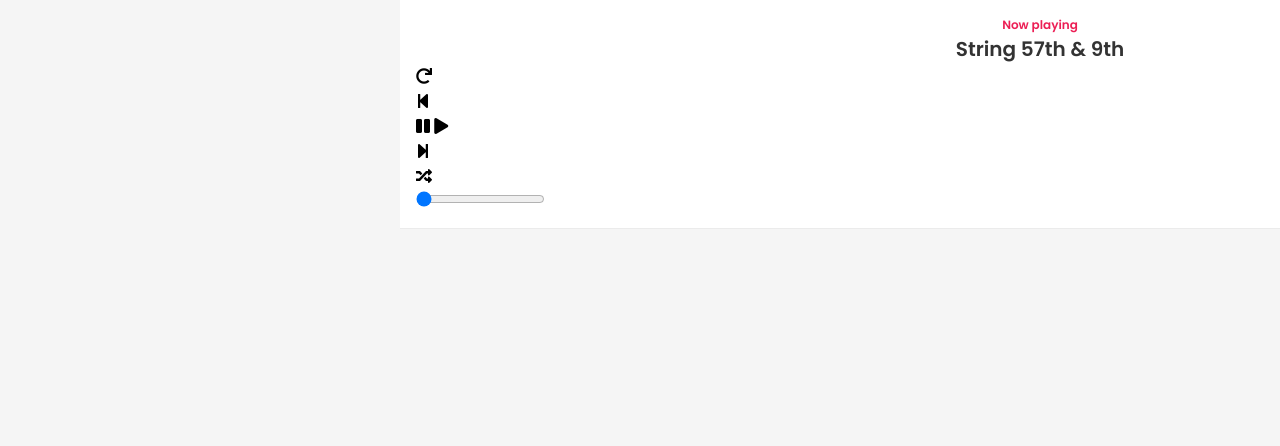
Repository: NBlue/Music_Player
Page: index.html
The author's editor kept a copy of each file at every save. The page is drawn from the files as they stood at one save, then again after the next save.
The browser window is 1280 px wide. The pictures show the whole page.
Pictures or frames that could not be fetched are drawn as grey boxes.

Above is the page before, as saved 2021-10-12 21:49:08.

After the next save:
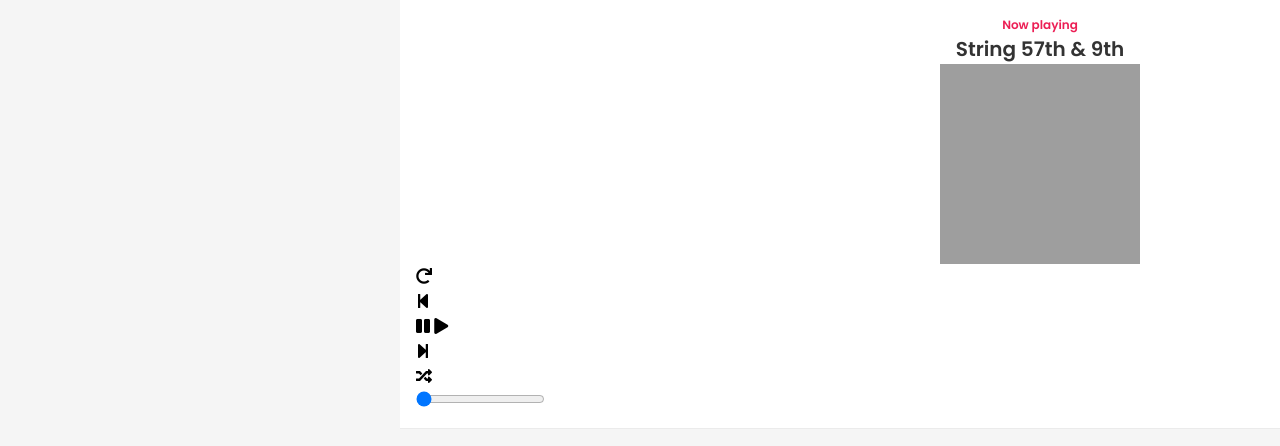
Saved 83 s later.
--- a/assets/css/style.css
+++ b/assets/css/style.css
@@ -64,7 +64,10 @@
     margin: auto;
     width: 200px;
 }
+
 .cd-thumb {
+    width: 100%;
+    padding-top: 100%;
 }
 .control {
 }

After the save that followed:
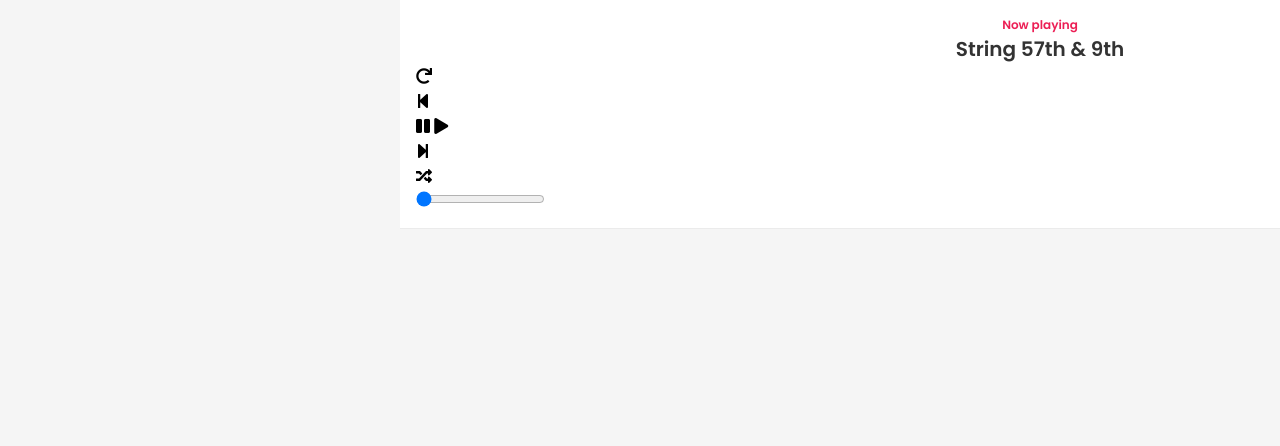
Saved 21 s later.
--- a/assets/css/style.css
+++ b/assets/css/style.css
@@ -67,7 +67,7 @@
 
 .cd-thumb {
     width: 100%;
-    padding-top: 100%;
+    /* padding-top: 100%; */
 }
 .control {
 }
